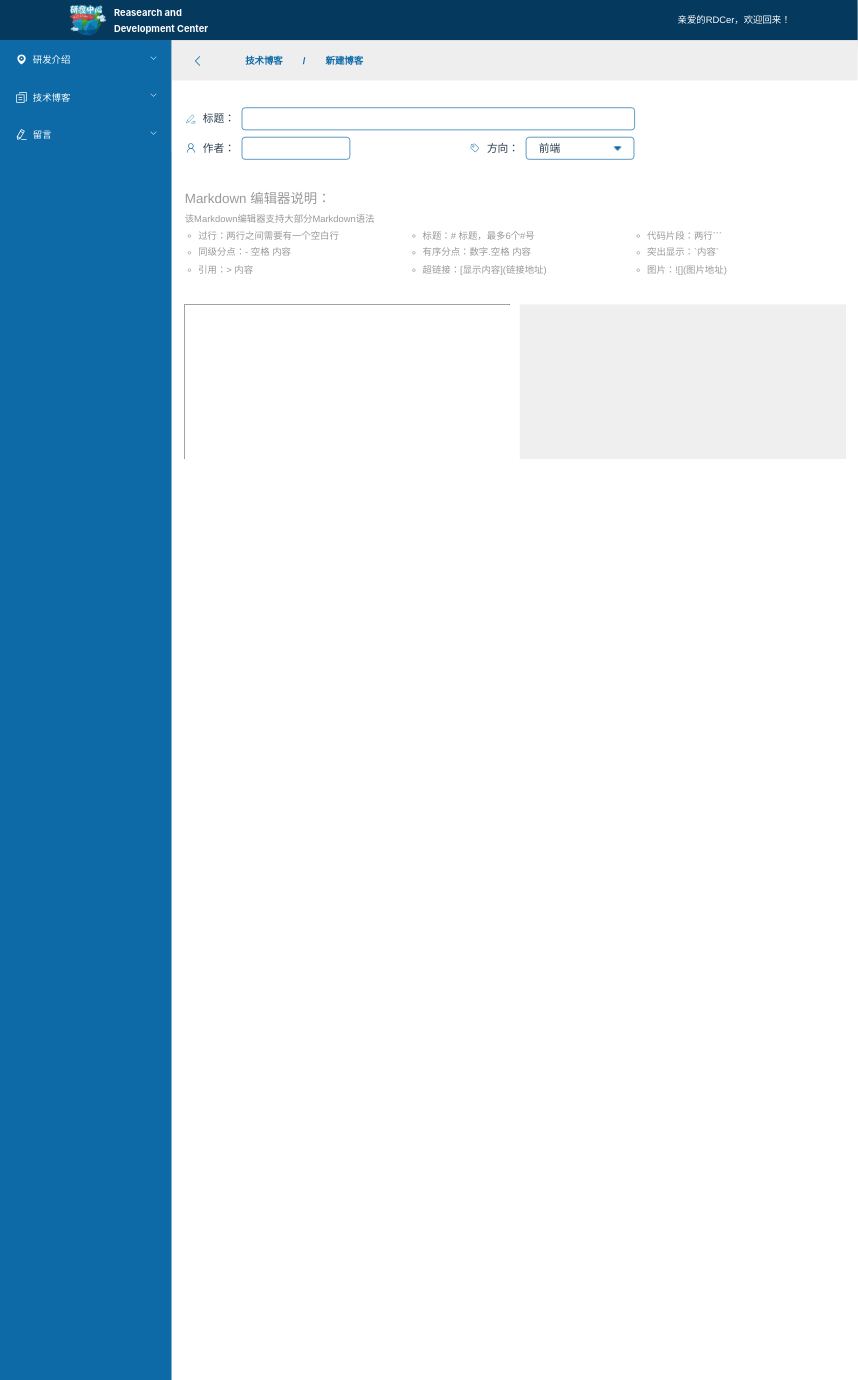
Repository: roger-hub/RDC-front-program
Page: /createblog
An editor plug-in stored every save of this project. The page is shown before and after the next save, followed by the edit.
The browser window is 1280 px wide. The pictures show the whole page, at 67% of full size.
An inner scrolling area shows only its first screen. The project was rebuilt for these pictures with package versions that can differ from the ones it lists, and the page was loaded fresh each time. Also part of the build but not shown: vue.config.js, src/views/Home.vue, src/views/Login.vue, src/components/UnMessage.vue, src/views/CheckMessage.vue, src/components/PushComment.vue, src/components/ReplyArea.vue, src/components/EachMessage.vue and 1 more.

Above is the page before, as saved 2020-08-21 20:27:33.

After the next save:
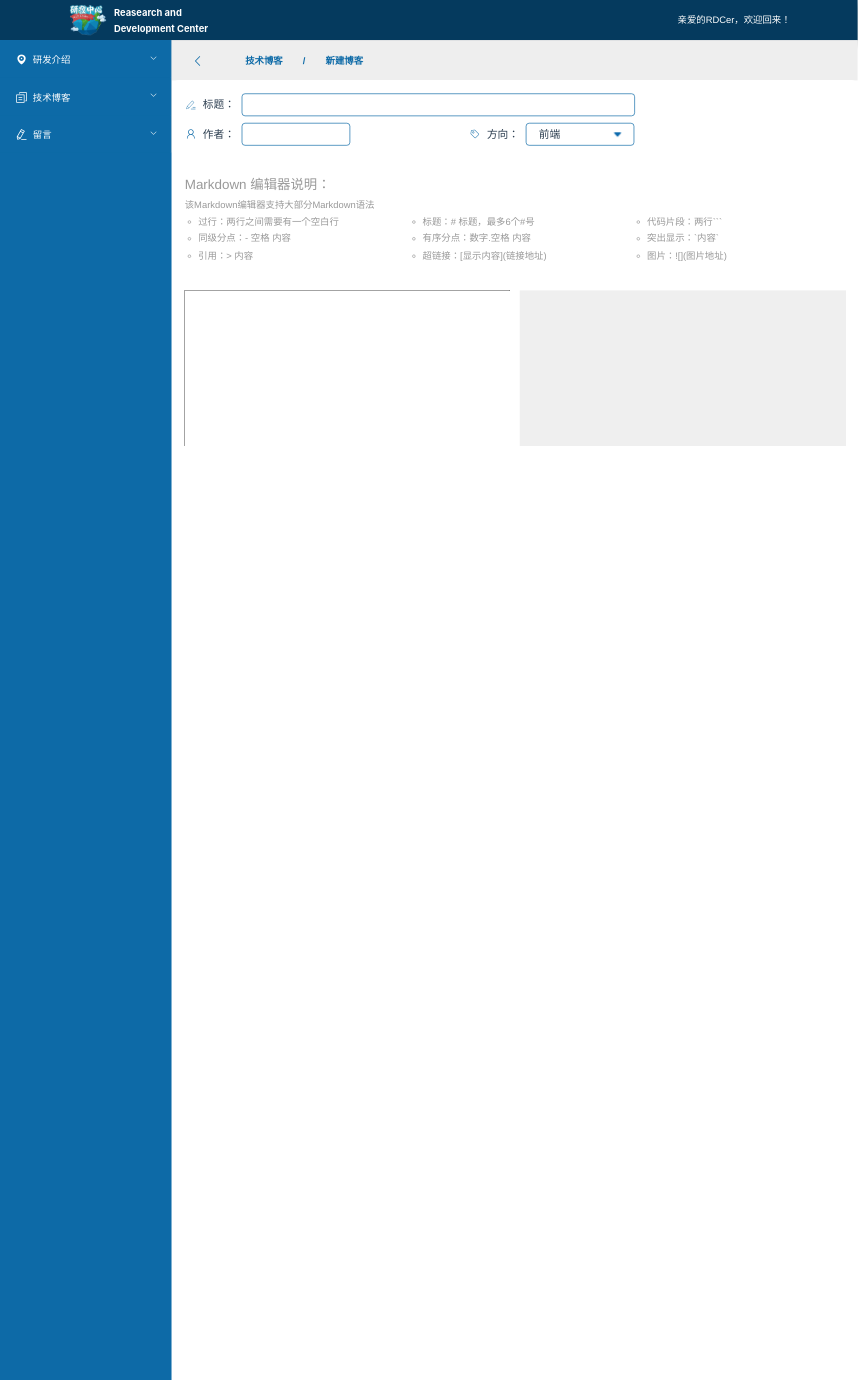
Saved 44 s later.
--- a/src/components/SubBar.vue
+++ b/src/components/SubBar.vue
@@ -27,7 +27,7 @@ div{
     background: #eee;
     height: 60px;
     color: #0D6AA7;
-    margin-bottom: 20px;
+    /* margin-bottom: 20px; */
 }
 
 i{
